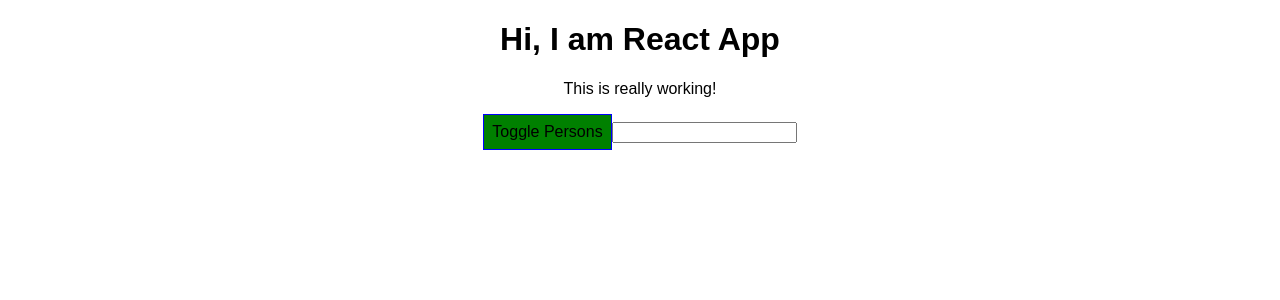
Repository: AbdulMutaal/React-Complete-Guide
Page: /
These files come from the project's save history. The page is drawn as it stood at one moment and after the next save; the edit follows.
The browser window is 1280 px wide. The pictures show the whole page.
The project was rebuilt for these pictures with package versions that can differ from the ones it lists, and the page was loaded fresh each time. Also part of the build but not shown: src/Person/Person.js, src/ValidationComponent/ValidationComponent.js, src/CharComponent/CharComponent.js.

Above is the page before, as saved 2021-11-29 20:49:30.

After the next save:
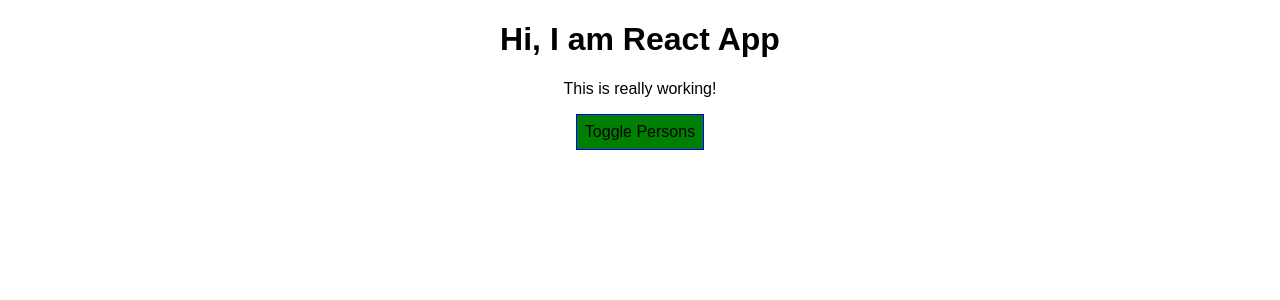
Saved 23 s later.
--- a/src/App.js
+++ b/src/App.js
@@ -118,8 +118,8 @@ class App extends Component {
           </button>
         { this.state.personsState ?
           person : null}
-        <input type='text' onChange={(e) => this.textChangedHandler(e)} value={this.state.text} />
-        {this.state.textLength}
+        {/* <input type='text' onChange={(e) => this.textChangedHandler(e)} value={this.state.text} /> */}
+        {/* {this.state.textLength} */}
         {/* <Validation textLength={this.state.textLength} /> */}
         {/* {charComponent} */}
       </div>
